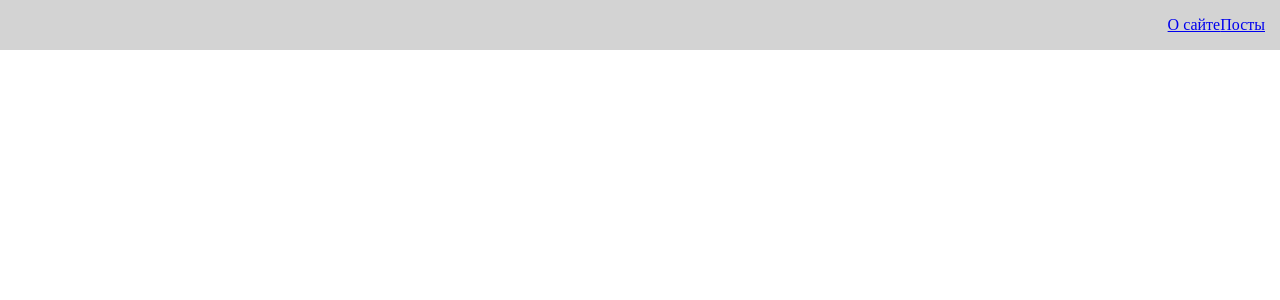
Repository: tsydikov/reactTodo
Page: /
The author's editor kept a copy of each file at every save. The page is drawn from the files as they stood at one save, then again after the next save.
The browser window is 1280 px wide. The pictures show the whole page.
The project was rebuilt for these pictures with package versions that can differ from the ones it lists, and the page was loaded fresh each time. Also part of the build but not shown: src/pages/About.jsx, src/API/PostService.js, src/UI/input/MyInput.module.css, src/UI/input/MyInput.jsx, src/UI/select/MySelect.jsx, src/components/PostFilter.jsx, src/UI/button/MyButton.module.css, src/UI/button/MyButton.jsx and 10 more. Imported but missing from the stored project, and not drawn on this page: src/UI/Loader/Loader.

Above is the page before, as saved 2021-08-30 10:55:27.

### public/index.html
<!DOCTYPE html>
<html lang="en">
  <head>
    <meta name="viewport" content="width=device-width, initial-scale=1" />
    <title>React App</title>
  </head>
  <body>
    <noscript>You need to enable JavaScript to run this app.</noscript>
    <div id="root"></div>
  </body>
</html>

### src/App.js
import React from 'react'
import { BrowserRouter, Link, Route } from 'react-router-dom';
import About from './pages/About';
import Posts from './pages/Posts';
import './styles/App.css'

function App() {

  return (
    <BrowserRouter >
      <div className="navbar">
        <div className="navbar__links">
          <Link to="/about">О сайте</Link>
          <Link to="/posts">Посты</Link>
        </div>
      </div>
      <Route path="/about">
        <About />
      </Route>
      <Route path="/posts">
        <Posts />
      </Route>
    </BrowserRouter>
  );
}

export default App;

### src/styles/App.css
* {
    margin: 0;
    padding: 0;
    box-sizing: border-box;
}

#root {
    display: flex;
    flex-direction: column;
    align-items: center;
}

.App {
    width: 800px;
}

.post {
    display: flex;
    padding: 15px;
    border: 2px solid teal;
    margin-top: 15px;
    justify-content: space-between;
    align-items: center;
}

.post-enter {
    transform: translateX(-350px);
  }
.post-enter-active {
    transform: translateX(0px);
    transition: all 500ms ease-in;
  }
.post-exit {
    opacity: 1;
  }
.post-exit-active {
    transform: translateX(-350px);
    transition: all 500ms ease-in;
  }

  .page__wrapper {
    margin-top: 30px;
    display: flex;
  }

  .page {
    padding: 10px;
    border: 1px solid teal;
    cursor: pointer;
  }

  .page__current {
    border: 2px solid orange;
    font-weight: bold;
  }

  .navbar {
    height: 50px;
    width: 100vw;
    display: flex;
    align-items: center;
    padding: 0 15px;
    background: lightgrey;
  }

  .navbar__links {
    margin-left: auto;
  }

Loaded but not shown: src/index.js (common file)

After the next save:
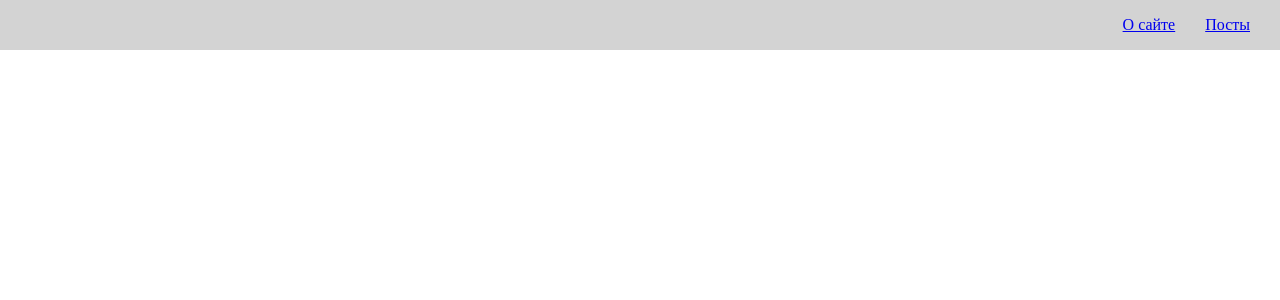
Saved 34 s later.
--- a/src/styles/App.css
+++ b/src/styles/App.css
@@ -66,3 +66,6 @@
   .navbar__links {
     margin-left: auto;
   }
+  .navbar__links :link {
+    padding: 0 15px;
+  }
